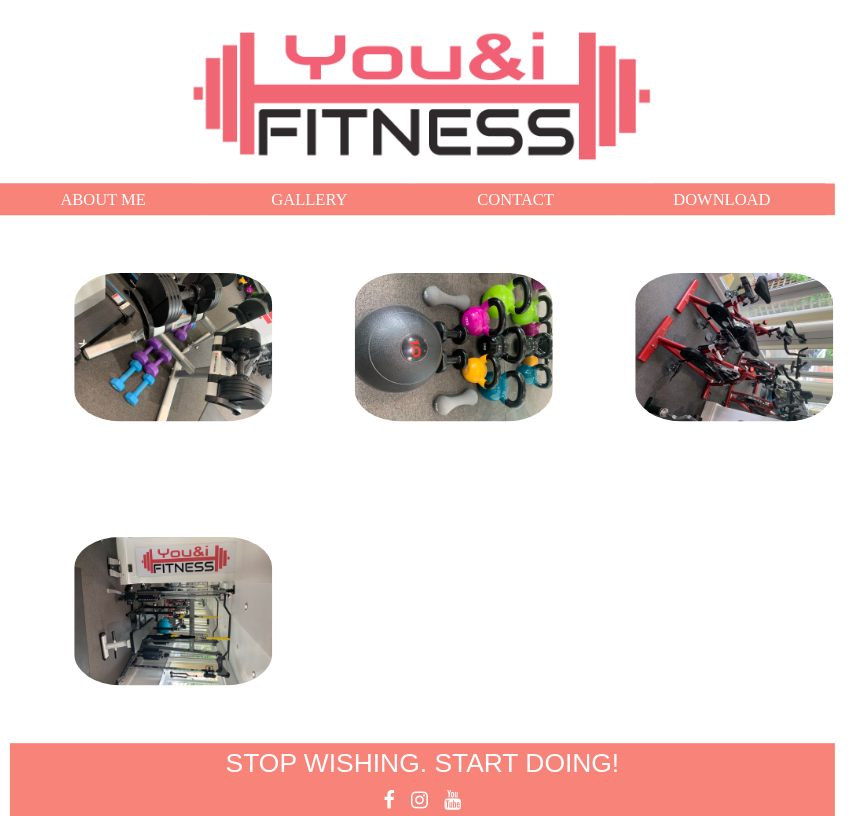
Repository: Code-Institute-Submissions/you-i
Page: pages/gallery.html
The author's editor kept a record of every edit. The page is drawn from the files as they stood at one moment, then again after the next edit.
The browser window is 1280 px wide. The page is 1313 px wide, then 1280 px, so the pictures cover 1313 px, including what lies to the right of the window. The pictures show the whole page, at 66% of full size.
Some web fonts or font styles are not loaded; a fallback is used.

Above is the page before.

After the next edit:
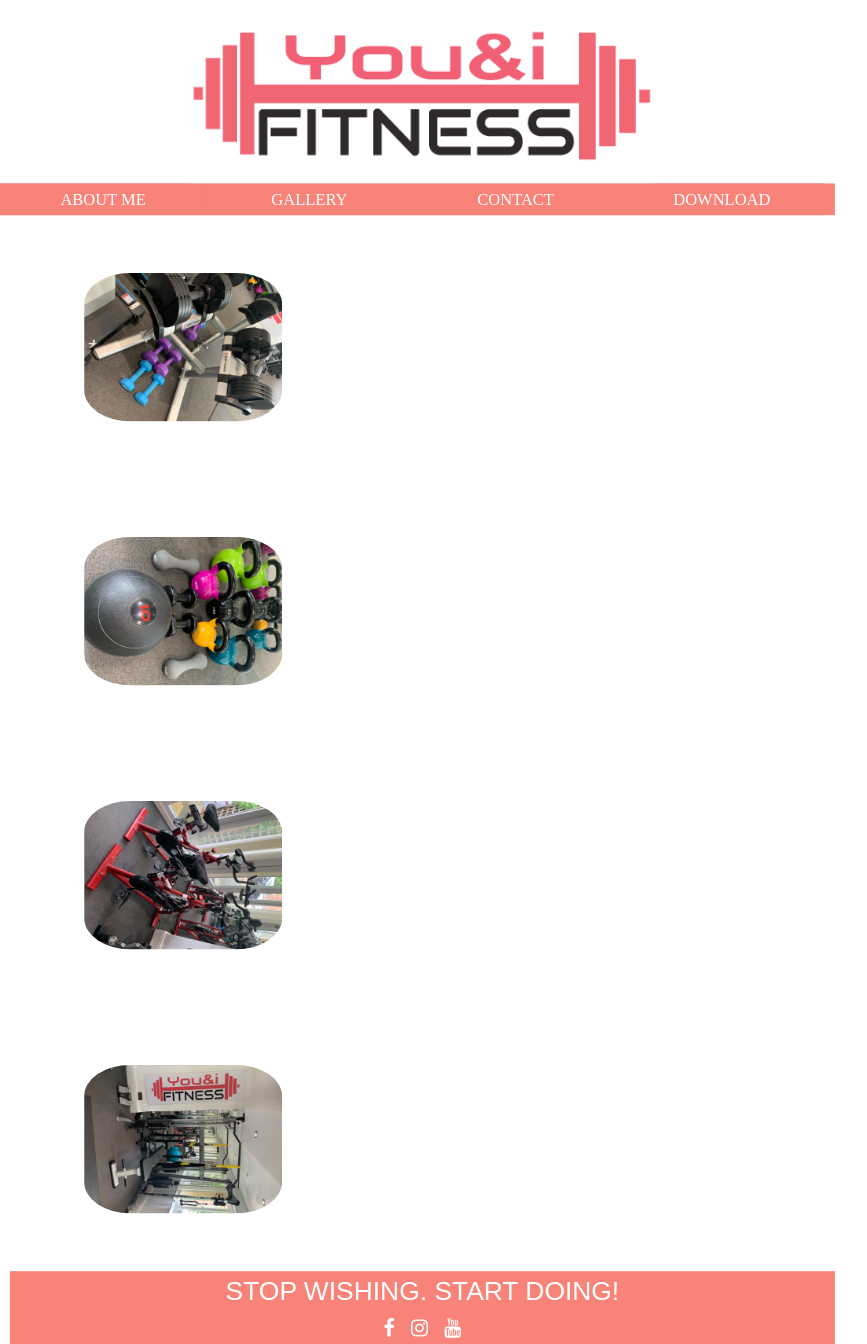
The edit:
--- a/pages/gallery.html
+++ b/pages/gallery.html
@@ -41,6 +41,7 @@
     </header>
     <section class="container-fluid">
         <div class="row">
+        <div class="col.sm col-md-6">
         <img class="img" src="pictures/IMG_0674.jpg"></img>
         <img class="img" src="pictures/IMG_0676.jpg"></img>
         <img class="img" src="pictures/IMG_0677.jpg"></img>
